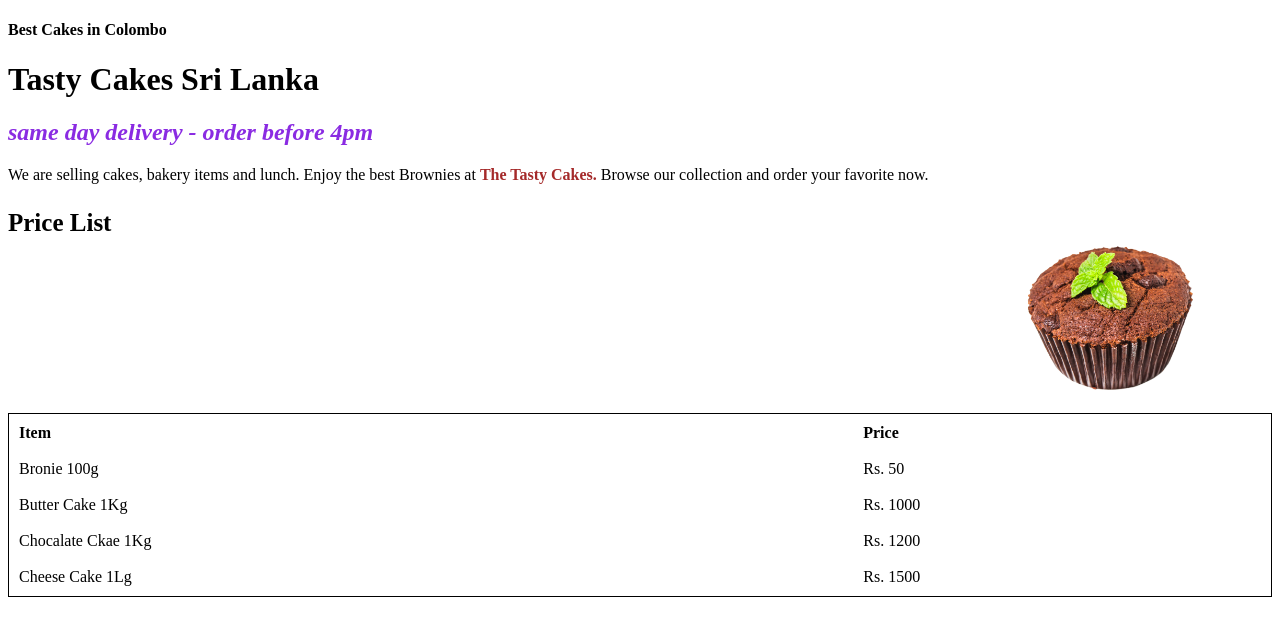
Repository: DhananjayaLakshan/Uom-Web_Design_For_Beginners
Page: work01/index.html
These files come from the project's save history. The page is drawn as it stood at one moment and after the next save; the edit follows.
The browser window is 1280 px wide. The pictures show the whole page.

Above is the page before, as saved 2023-11-24 12:00:08.

After the next save:
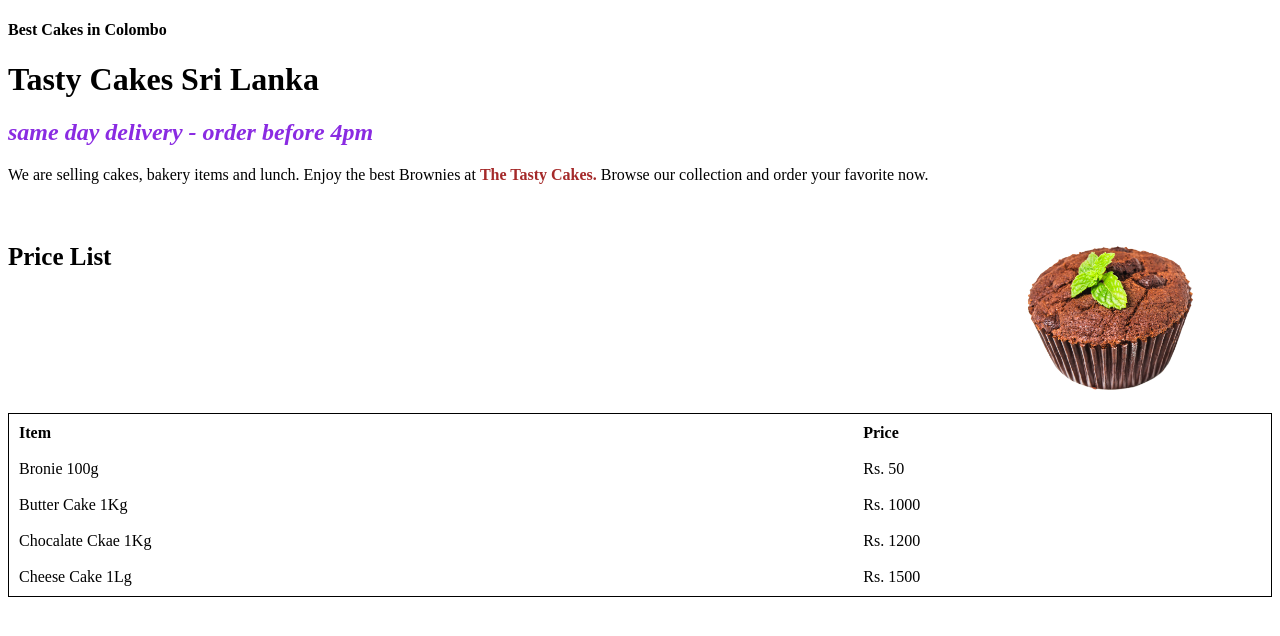
Saved 18 s later.
--- a/work01/index.html
+++ b/work01/index.html
@@ -12,7 +12,7 @@
     <p>We are selling cakes, bakery items and lunch. Enjoy the best Brownies at <strong style="color: brown;"> The Tasty Cakes.</strong>
         Browse our collection and order your favorite now.</p>
 
-    <img src="image-01.png" width="320px" alt="cake picture">
+    <img src="image-01.png" width="320px" alt="cake picture"> <br>
 
     <p class="pricetopic">Price List</p>
 

After the save that followed:
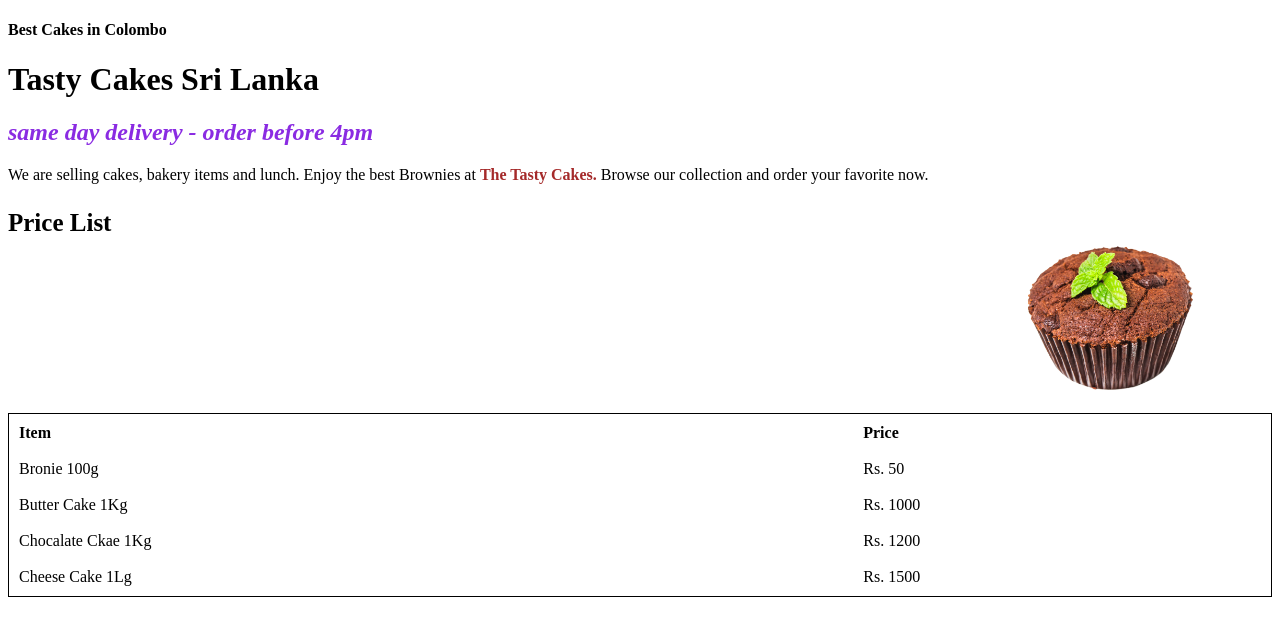
Saved 5 s later.
--- a/work01/index.html
+++ b/work01/index.html
@@ -12,7 +12,7 @@
     <p>We are selling cakes, bakery items and lunch. Enjoy the best Brownies at <strong style="color: brown;"> The Tasty Cakes.</strong>
         Browse our collection and order your favorite now.</p>
 
-    <img src="image-01.png" width="320px" alt="cake picture"> <br>
+    <img src="image-01.png" width="320px" alt="cake picture">
 
     <p class="pricetopic">Price List</p>
 
